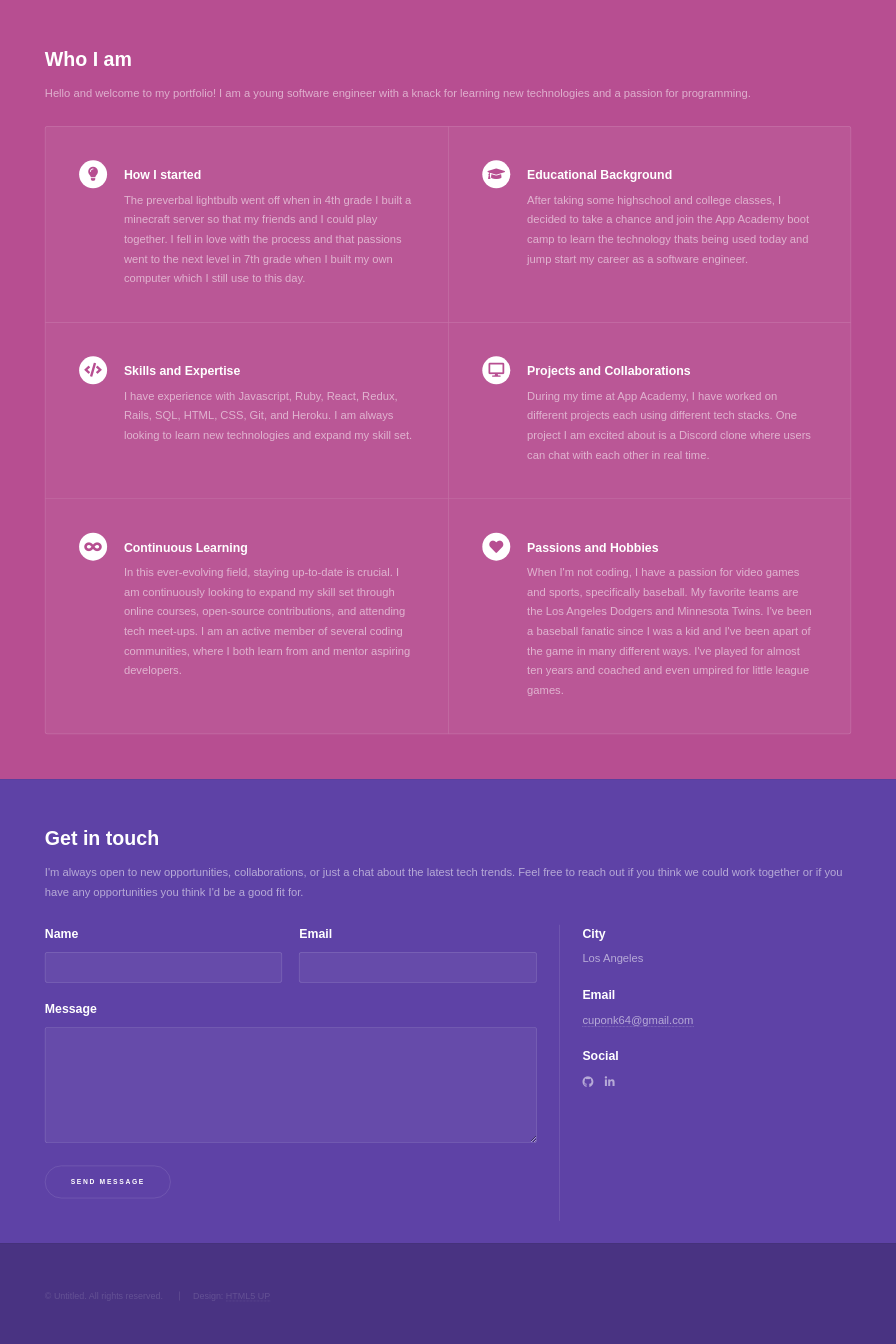
Repository: Cuponk/portfolio
Page: index.html
These files come from the project's save history. The page is drawn as it stood at one moment and after the next save; the edit follows.
The browser window is 1280 px wide. The pictures show the part of the page from y = 1990 to 3910 px (the page is 3910 px tall before and 3758 px after), at 70% of full size.

Above is the page before, as saved 2023-11-20 10:26:07.

After the next save:
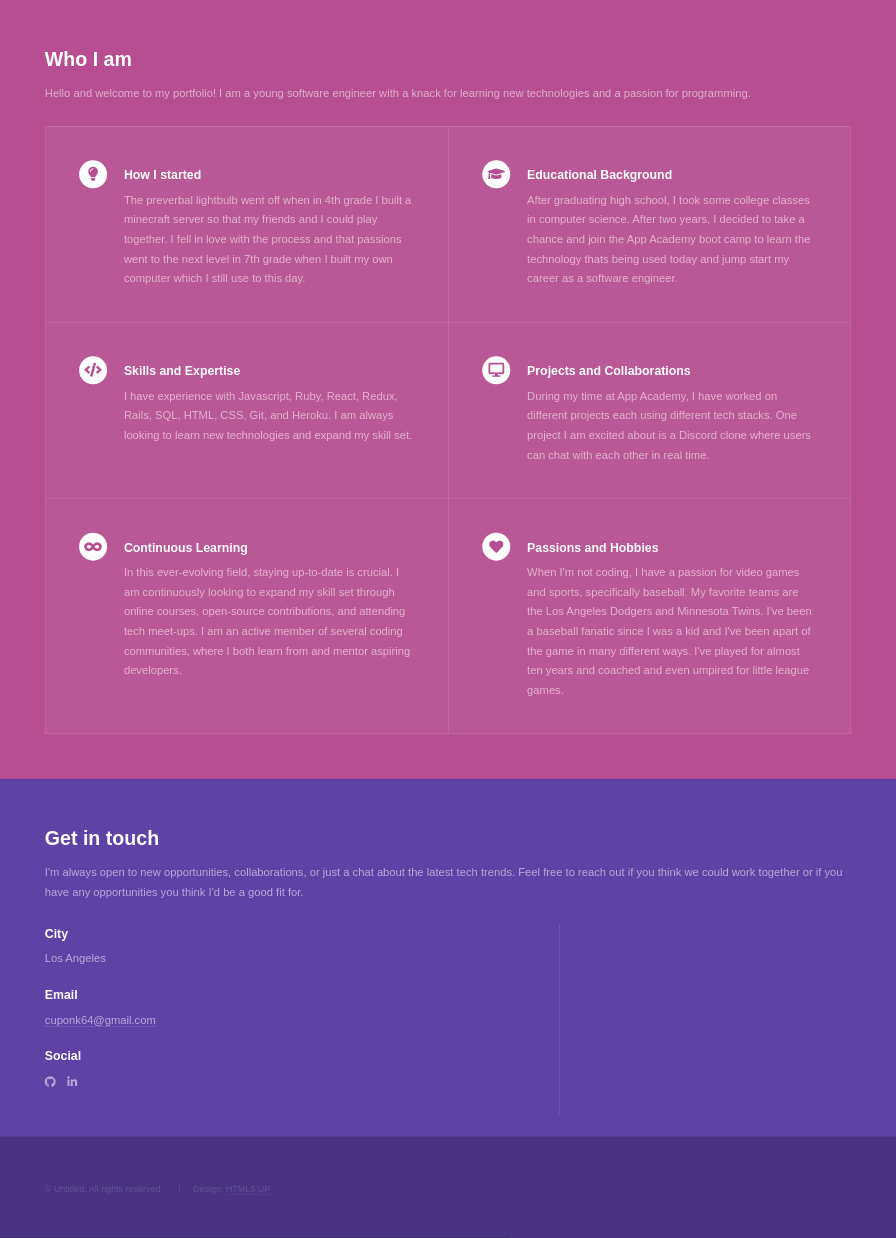
Saved 6 min 20 s later.
--- a/index.html
+++ b/index.html
@@ -120,7 +120,8 @@
 					<section>
 						<span class="icon solid major fa-graduation-cap"></span>
 						<h3>Educational Background</h3>
-						<p> After taking some highschool and college classes, I decided to take a chance and join the
+						<p>After graduating high school, I took some college classes in computer science. After two
+							years, I decided to take a chance and join the
 							App Academy boot camp to learn the technology thats being used today and jump start my
 							career
 							as a software engineer.</p>
@@ -172,27 +173,6 @@
 					think I'd be a good fit for.</p>
 				<div class="split style1">
 					<section>
-						<form method="post" action="#">
-							<div class="fields">
-								<div class="field half">
-									<label for="name">Name</label>
-									<input type="text" name="name" id="name" />
-								</div>
-								<div class="field half">
-									<label for="email">Email</label>
-									<input type="text" name="email" id="email" />
-								</div>
-								<div class="field">
-									<label for="message">Message</label>
-									<textarea name="message" id="message" rows="5"></textarea>
-								</div>
-							</div>
-							<ul class="actions">
-								<li><a href="" class="button submit">Send Message</a></li>
-							</ul>
-						</form>
-					</section>
-					<section>
 						<ul class="contact">
 							<li>
 								<h3>City</h3>
@@ -205,10 +185,12 @@
 							<li>
 								<h3>Social</h3>
 								<ul class="icons">
-									<li><a href="#" class="icon brands fa-github"><span class="label">GitHub</span></a>
+									<li><a href="https://github.com/Cuponk" class="icon brands fa-github"><span
+												class="label">GitHub</span></a>
 									</li>
-									<li><a href="#" class="icon brands fa-linkedin-in"><span
-												class="label">LinkedIn</span></a></li>
+									<li><a href="https://www.linkedin.com/in/justin-aitken-bb9272212/"
+											class="icon brands fa-linkedin-in"><span class="label">LinkedIn</span></a>
+									</li>
 								</ul>
 							</li>
 						</ul>
